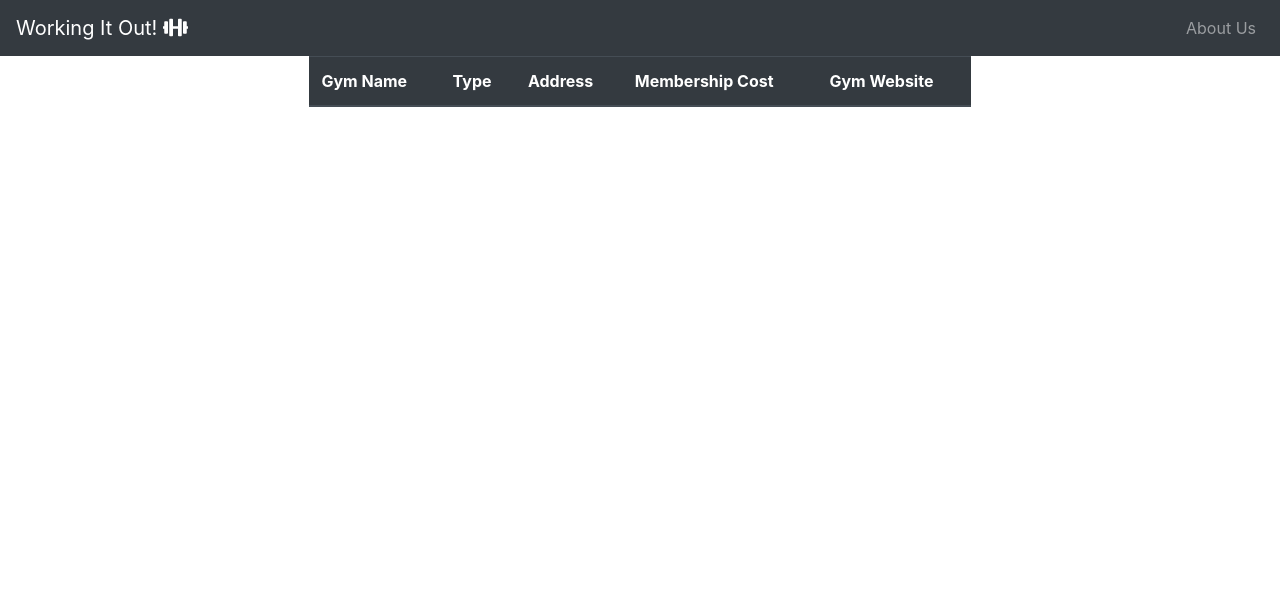
Repository: cgaynor91/Working_It_Out
Page: http://localhost/
The author's editor kept a record of every edit. The page is drawn from the files as they stood at one moment, then again after the next edit.
The browser window is 1280 px wide. The pictures show the whole page.
Some web libraries are served in a nearby version. The page is served by the project's application, run on Flask 3 (app.py). Queries for data that is not in the repository find no rows.

Above is the page before.

### templates/home.html
{% extends 'base.html'%} {% block content %}

<div class="container-fluid">

<!-- Table of gym Data -->
<div class="row justify-content-center">
 <div class="col-12 col-md-8 table-responsive table-data">
  <table class="table table-hover">
   <thead class="thead-dark">
    <tr>
     <th scope="col">Gym Name</th>
     <th scope="col">Type</th>
     <th scope="col">Address</th>
     <th scope="col">Membership Cost</th>
     <th scope="col">Gym Website</th>
    </tr>
   </thead>
   <tbody>

    {% for gym in gyms %}
    <tr>

     <td>{{gym.gym_name}}</td>
     <td>{{gym.gym_type}}</td>
     <td>{{gym.gym_address}}</td>
     <td>{{gym.cost}}</td>
     <td>{{gym.gym_url}}</td>
    </tr>
    {% endfor %}
   </tbody>
  </table>
  {% endblock %}

### templates/base.html
<!DOCTYPE html>
<html>

<head>
    <link rel="stylesheet" href="https://stackpath.bootstrapcdn.com/bootstrap/4.4.1/css/bootstrap.min.css">
    <link rel="stylesheet" href="https://cdnjs.cloudflare.com/ajax/libs/font-awesome/5.12.0/css/all.min.css" />
</head>

<body>
    <header>
        <!-- Navbar taken from Bootstrap -->
        <nav class="navbar navbar-expand-md navbar-dark bg-dark home-logo-text">
            <a class="navbar-brand" href="{{url_for('get_gyms')}}">Working It Out! <i
                    class="fas fa-dumbbell"></i></a>
            <button class="navbar-toggler" type="button" data-toggle="collapse" data-target="#navbarNavAltMarkup" aria-controls="navbarNavAltMarkup" aria-expanded="false" aria-label="Toggle navigation">
                <span class="navbar-toggler-icon"></span>
            </button>
            <div class="collapse navbar-collapse" id="navbarNavAltMarkup">
                <div class="navbar-nav ml-auto">
                    <a class="nav-item nav-link" href="{{url_for('about')}}">About Us</a>

                </div>
            </div>
        </nav>
    </header>
        <!-- Container for background image -->
    <div class="container-fluid bg">
    </div>
    <!-- Container for injected templates -->
    <div class="container-fluid">
        <div class="row justify-content-center">
            <div class="col-12 col-md-10 template-col">

    {% block content %} {% endblock %}



    <script src="https://code.jquery.com/jquery-3.4.1.slim.min.js"></script>
    <script src="https://cdn.jsdelivr.net/npm/popper.js@1.16.0/dist/umd/popper.min.js"></script>
    <script src="https://stackpath.bootstrapcdn.com/bootstrap/4.4.1/js/bootstrap.min.js"></script>
</body>

</html>

### app.py
import os
from flask import Flask, render_template, redirect, request, url_for
from flask_pymongo import PyMongo
from bson.objectid import ObjectId

app = Flask(__name__)
app.config["MONGO_DBNAME"] = 'working_it_out'
app.config["MONGO_URI"] = os.getenv('MONGO_URI', 'mongodb+srv://root:adminpass@myfirstcluster-ikccs.mongodb.net/working_it_out?retryWrites=true&w=majority')

mongo = PyMongo(app)


@app.route('/')
@app.route('/get_gyms')
def get_gyms():
    return render_template("home.html", gyms=mongo.db.gyms.find())

@app.route("/about")
def about():
    return render_template("about.html")

# ADD_RIVER page:

@app.route("/add_new_gym")
def add_new_gym():
    return render_template("add_gym.html")

# Sends the data that the user inserts to the database

@app.route("/insert_gym", methods=['POST'])
def insert_gym():
    river = mongo.db.gyms
    river.insert_one(request.form.to_dict())
    return redirect(url_for('get_gym_names'))


# Allows user to update information about a gym

@app.route("/edit_gym/<gym_id>")
def edit_gym(gym_id):
    the_gym = mongo.db.gyms.find_one({"_id": ObjectId(gym_id)})
    return render_template("update_gym.html", gym=the_gym)



if __name__ == '__main__':
    app.run(host=os.environ.get('IP'),
            port=int(os.environ.get('PORT')),
            debug=True)

After the next edit:
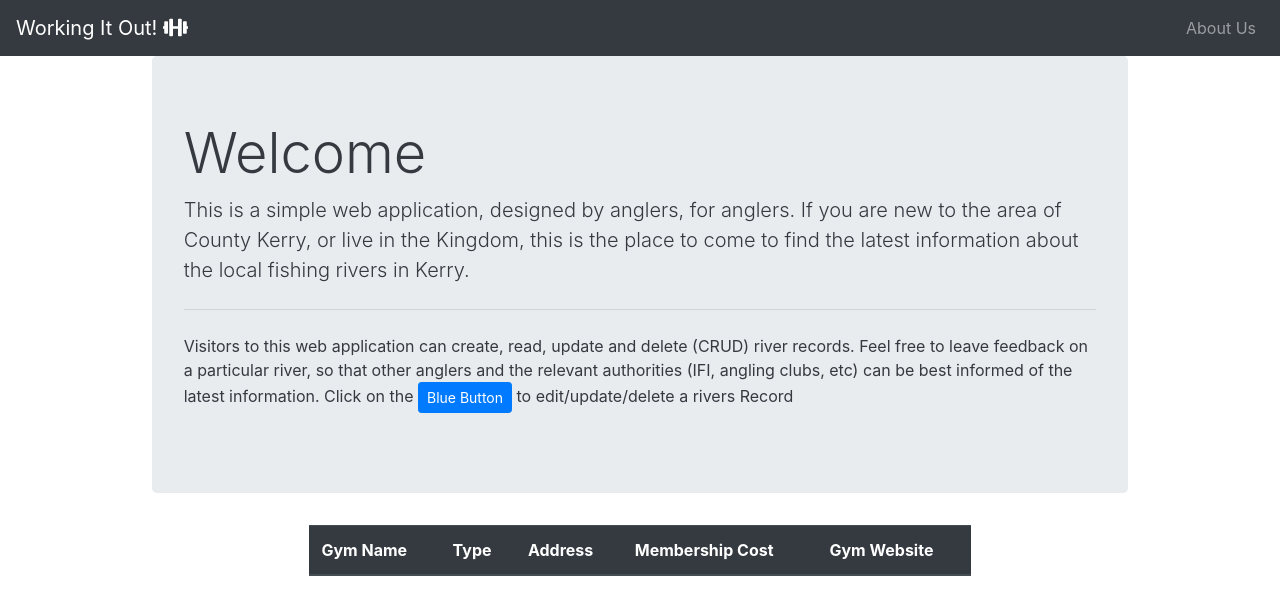
The edit:
--- a/templates/home.html
+++ b/templates/home.html
@@ -2,31 +2,52 @@
 
 <div class="container-fluid">
 
-<!-- Table of gym Data -->
-<div class="row justify-content-center">
- <div class="col-12 col-md-8 table-responsive table-data">
-  <table class="table table-hover">
-   <thead class="thead-dark">
-    <tr>
-     <th scope="col">Gym Name</th>
-     <th scope="col">Type</th>
-     <th scope="col">Address</th>
-     <th scope="col">Membership Cost</th>
-     <th scope="col">Gym Website</th>
-    </tr>
-   </thead>
-   <tbody>
+    <div class="row-welcome justify-content-center">
+        <div class="col-12 text-dark">
+            <div class="jumbotron">
+                <h1 class="display-4">Welcome</h1>
+                <p class="lead">This is a simple web application, designed by anglers, for anglers. If you are new
+                    to the area of County Kerry, or live in the Kingdom, this is the place to come to find the
+                    latest information about the local fishing rivers in Kerry.</p>
+                <hr class="my-4">
+                <p>Visitors to this web application can create, read, update and delete (CRUD) river records. Feel
+                    free to leave feedback on a particular river, so that other anglers and the relevant authorities
+                    (IFI, angling clubs, etc) can be best informed of the latest information. Click on the <button
+                        type="button" class="btn btn-primary btn-sm">Blue Button</button> to
+                    edit/update/delete a rivers Record</p>
+            </div>
+        </div>
+    </div>
 
-    {% for gym in gyms %}
-    <tr>
 
-     <td>{{gym.gym_name}}</td>
-     <td>{{gym.gym_type}}</td>
-     <td>{{gym.gym_address}}</td>
-     <td>{{gym.cost}}</td>
-     <td>{{gym.gym_url}}</td>
-    </tr>
-    {% endfor %}
-   </tbody>
-  </table>
+
+ <!-- Table of gym Data -->
+ <div class="row justify-content-center">
+  <div class="col-12 col-md-8 table-responsive table-data">
+   <table class="table table-hover">
+    <thead class="thead-dark">
+     <tr>
+      <th scope="col">Gym Name</th>
+      <th scope="col">Type</th>
+      <th scope="col">Address</th>
+      <th scope="col">Membership Cost</th>
+      <th scope="col">Gym Website</th>
+     </tr>
+    </thead>
+    <tbody>
+
+     {% for gym in gyms %}
+     <tr>
+
+      <td>{{gym.gym_name}}</td>
+      <td>{{gym.gym_type}}</td>
+      <td>{{gym.gym_address}}</td>
+      <td>{{gym.cost}}</td>
+      <td>{{gym.gym_url}}</td>
+     </tr>
+     {% endfor %}
+    </tbody>
+   </table>
+
+  </div>
   {% endblock %}
